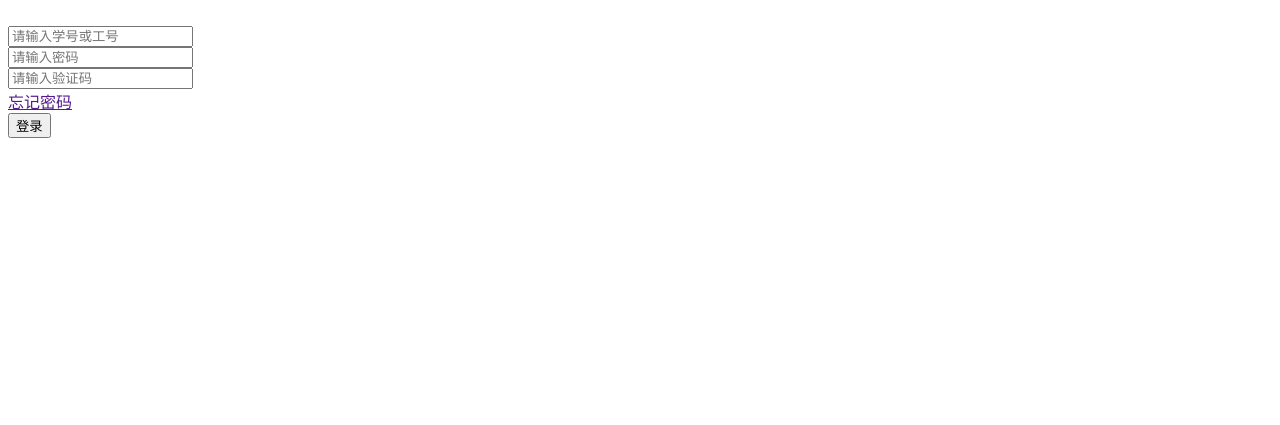
Repository: wyubb/Java
Page: http://localhost/Chapter3/admin_login.jsp
The author's editor kept a copy of each file at every save. The page is drawn from the files as they stood at one save, then again after the next save.
The browser window is 1280 px wide. The pictures show the whole page.
The page is served by Tomcat 9. Other server files are loaded and not shown.

Above is the page before, as saved 2019-04-11 11:59:05.

### Chapter3/WebContent/admin_login.jsp
<%@ page language="java" contentType="text/html; charset=gbk"
 %>
  <%
String path = request.getContextPath();
String basePath = request.getScheme()+"://"+request.getServerName()+":"+request.getServerPort()+path+"/";
%>

<!DOCTYPE html>
<html>
  <head>
  	<meta charset="UTF-8">
  	<meta name="viewport" content="width=device-width, initial-scale=1.0">
 	 <meta http-equiv="X-UA-Compatible" content="ie=edge">
     <base href="<%=basePath%>">

    <title>学生综合测评管理系统-管理员登录界面</title>

  </head>

  <body>
  <div>
 		<form action="process_admin_login.jsp" method="post">
					<img src = "" ></br>
					<input type = "text"  required = "required" name="username" placeholder="请输入学号或工号" /></br>
					<input type = "password" required = "required" name="password" placeholder="请输入密码"/></br>
					<input type = "text" required = "required" name = "yzm" placeholder = "请输入验证码" /></br>
					<a href="">忘记密码</a></br>
				    <input type="submit" value="登录"/>
		</form>
	</div>

  </body>
</html>

Loaded but not shown: Chapter3/WebContent/libs/bootstrap@3.3.7.min.css (library)

After the next save:
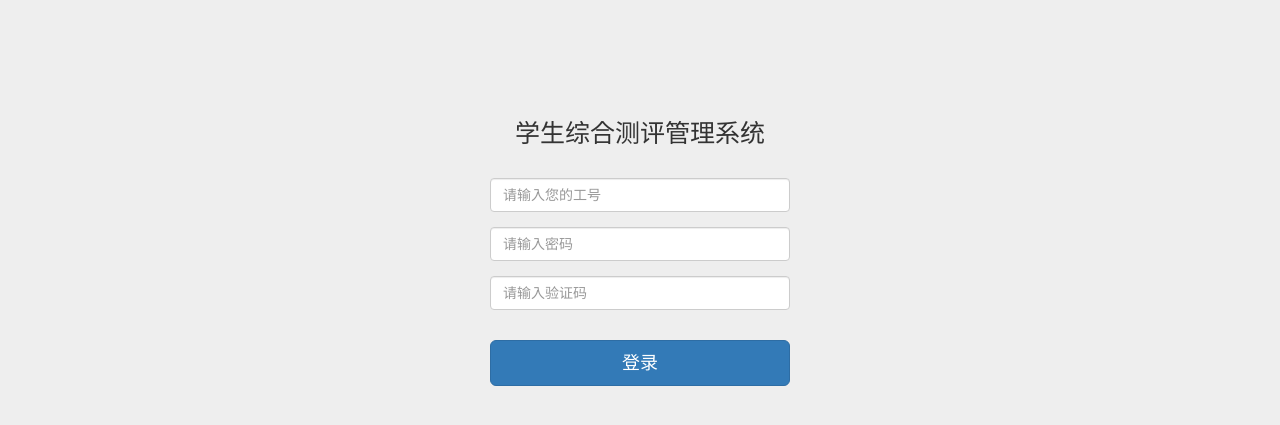
Saved 8 min 28 s later.
--- a/Chapter3/WebContent/admin_login.jsp
+++ b/Chapter3/WebContent/admin_login.jsp
@@ -10,24 +10,52 @@ String basePath = request.getScheme()+"://"+request.getServerName()+":"+request.
   <head>
   	<meta charset="UTF-8">
   	<meta name="viewport" content="width=device-width, initial-scale=1.0">
- 	 <meta http-equiv="X-UA-Compatible" content="ie=edge">
-     <base href="<%=basePath%>">
+  	<meta http-equiv="X-UA-Compatible" content="ie=edge">
+    <base href="<%=basePath%>">
 
     <title>学生综合测评管理系统-管理员登录界面</title>
+	 <!-- 引入 Bootstrap 样式库 -->
+  <link href="./libs/bootstrap@3.3.7.min.css" rel="stylesheet">
 
+  <!-- HTML5 shim 和 Respond.js 是为了让 IE8 支持 HTML5 元素和媒体查询（media queries）功能 -->
+  <!-- 警告：通过 file:// 协议（就是直接将 html 页面拖拽到浏览器中）访问页面时 Respond.js 不起作用 -->
+  <!--[if lt IE 9]>
+    <script src="https://cdn.jsdelivr.net/npm/html5shiv@3.7.3/dist/html5shiv.min.js"></script>
+    <script src="https://cdn.jsdelivr.net/npm/respond.js@1.4.2/dest/respond.min.js"></script>
+  <![endif]-->
+
+  <!-- 本页面样式  -->
+  <style>
+    body {
+      background-color: #eee;
+    }
+    .container {
+      width: 330px;
+      padding-top: 100px;
+      display: flex;
+      flex-direction: column;
+      align-items: center;
+    }
+    h1 {
+      font-size: 25px;
+      font-weight: 400;
+      margin-bottom: 30px;
+    }
+    .input {
+      margin-bottom: 15px;
+    }
+    .btn {
+      margin-top: 15px;
+    }
+  </style>
   </head>
-
   <body>
-  <div>
- 		<form action="process_admin_login.jsp" method="post">
-					<img src = "" ></br>
-					<input type = "text"  required = "required" name="username" placeholder="请输入学号或工号" /></br>
-					<input type = "password" required = "required" name="password" placeholder="请输入密码"/></br>
-					<input type = "text" required = "required" name = "yzm" placeholder = "请输入验证码" /></br>
-					<a href="">忘记密码</a></br>
-				    <input type="submit" value="登录"/>
-		</form>
-	</div>
-
+	<form class="container" action="process_admin_login.jsp" method = "post">
+    <h1>学生综合测评管理系统</h1>
+    <input type="text" class="form-control input" placeholder="请输入您的工号" name="username" required = "required">
+    <input type="password" class="form-control input" placeholder="请输入密码" name="password" required = "required">
+    <input type = "text"  class="form-control input"  required = "required" name = "yzm" placeholder = "请输入验证码" >
+    <button class="btn btn-lg btn-primary btn-block" type="submit">登录</button>
+  </form>
   </body>
 </html>
